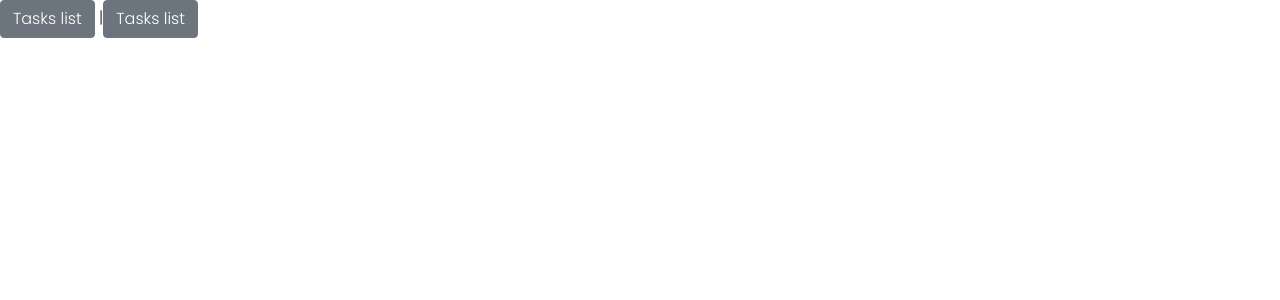
Repository: FS-23/react-task-manager
Page: /
The author's editor kept a copy of each file at every save. The page is drawn from the files as they stood at one save, then again after the next save.
The browser window is 1280 px wide. The pictures show the whole page.
The project was rebuilt for these pictures with package versions that can differ from the ones it lists, and the page was loaded fresh each time. Also part of the build but not shown: src/components/Login.js, src/firebase-config.js, src/components/TaskList.js, src/components/AddTask.js, src/components/TaskDetail.js.

Above is the page before, as saved 2022-05-13 14:59:07.

### public/index.html
<!DOCTYPE html>
<html lang="en">
  <head>
    <meta charset="utf-8" />
    <link rel="icon" href="%PUBLIC_URL%/favicon.ico" />
    <meta name="viewport" content="width=device-width, initial-scale=1" />
    <meta name="theme-color" content="#000000" />
    <meta  name="description" content="Web site created using create-react-app"/>
    <link rel="apple-touch-icon" href="%PUBLIC_URL%/logo192.png" />

    <link rel="manifest" href="%PUBLIC_URL%/manifest.json" />

    <title>React App</title>

    <!-- CSS only -->
   <link href="https://cdn.jsdelivr.net/npm/bootstrap@5.1.3/dist/css/bootstrap.min.css" rel="stylesheet" >
  </head>
  <body>
    <noscript>You need to enable JavaScript to run this app.</noscript>
    <div id="root"></div>


    <!-- JavaScript Bundle with Popper -->
    <script src="https://cdn.jsdelivr.net/npm/bootstrap@5.1.3/dist/js/bootstrap.bundle.min.js"></script>
  </body>
</html>

### src/index.js
import React from 'react';
import ReactDOM from 'react-dom/client';
import './index.css';
import App from './App';
//import 'https://cdn.jsdelivr.net/npm/bootstrap@5.1.3/dist/css/bootstrap.min.css'

const root = ReactDOM.createRoot(document.getElementById('root'));
root.render(
  <React.StrictMode>
    <App />
  </React.StrictMode>
);

// If you want to start measuring performance in your app, pass a function
// to log results (for example: reportWebVitals(console.log))
// or send to an analytics endpoint. Learn more: https://bit.ly/CRA-vitals

### src/index.css

.login-bg {
     background-image: linear-gradient(160deg , red , blue);
}

@font-face {
  font-family: "Poppins";
  src: url(./font/Poppins-Light.ttf);
}

*{
   font-family:  "Poppins" , sans-serif;
}

### src/App.js

import Login from "./components/Login";
import TaskList from "./components/TaskList";
import AddTask from './components/AddTask'
import TaskDetail from "./components/TaskDetail";
import Layout from "./components/Layout";
import TaskLayout from "./components/TaskLayout";

import { BrowserRouter , Routes , Route } from 'react-router-dom'


function App() {
  return (

    <BrowserRouter>
         <Routes>
              <Route path="/login" element={<Login />}></Route>
              <Route path="/" element={<Layout />}>
                  <Route  index element={<TaskLayout/>}></Route>
                   <Route  path="tasks" element={<TaskLayout/>}>
                      <Route index element = {<TaskList/>}></Route>
                      <Route path="list" element = {<TaskList/>}></Route>
                      <Route path=":id" element = {<TaskDetail/>}></Route>
                      <Route path="edit/:id" element = {<AddTask/>}></Route>
                   </Route>
              </Route>
         </Routes>

    </BrowserRouter>

  );
}




export default App;

### src/components/Layout.js
import { Link, Outlet } from "react-router-dom";

function Layout(){
    return (
        <div>
            <div>
                <Link className="btn btn-secondary" to="/tasks/list">Tasks list</Link> |
                <Link className="btn btn-secondary" to="/login">Tasks list</Link>
            </div>
            <Outlet />
        </div>

    )
}

export default Layout

### src/components/TaskLayout.js
import { Outlet } from "react-router-dom";

function TaskLayout(){
    return (
        <div>
            <Outlet />
        </div>
    )
}

export default TaskLayout

After the next save:
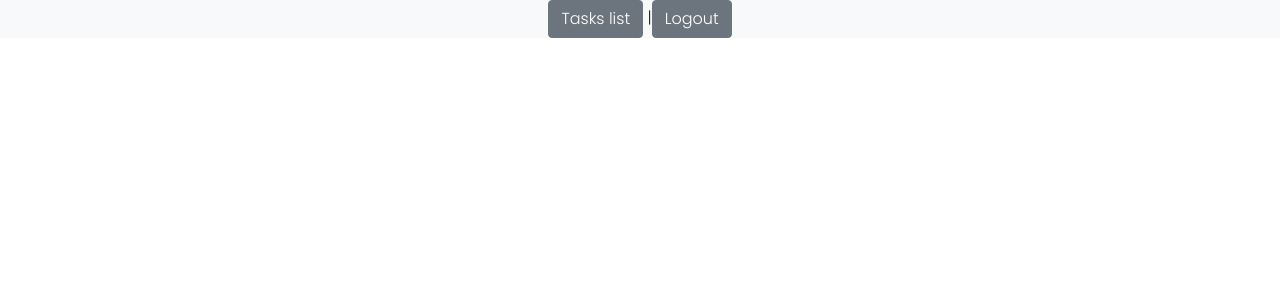
Saved 28 s later.
--- a/src/components/Layout.js
+++ b/src/components/Layout.js
@@ -3,9 +3,9 @@ import { Link, Outlet } from "react-router-dom";
 function Layout(){
     return (
         <div>
-            <div>
+            <div className="text-center bg-light ">
                 <Link className="btn btn-secondary" to="/tasks/list">Tasks list</Link> |
-                <Link className="btn btn-secondary" to="/login">Tasks list</Link>
+                <Link className="btn btn-secondary" to="/login">Logout</Link>
             </div>
             <Outlet />
         </div>
